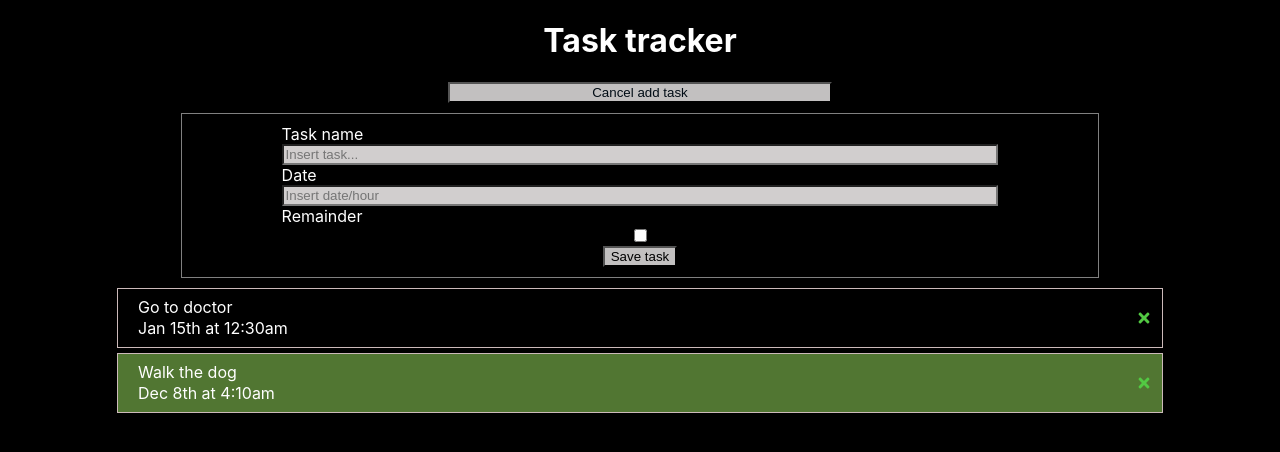
Repository: roscaImarius/task-tracker-react
Page: /, after clicking the first element matching `button.add-btn`
An editor plug-in stored every save of this project. The page is shown before and after the next save, followed by the edit.
The browser window is 1280 px wide. The pictures show the whole page.
The project was rebuilt for these pictures with package versions that can differ from the ones it lists, and the page was loaded fresh each time. Requests to the local data server were answered from the project's data file.

Above is the page before, as saved 2021-03-31 16:40:23.

After the next save:
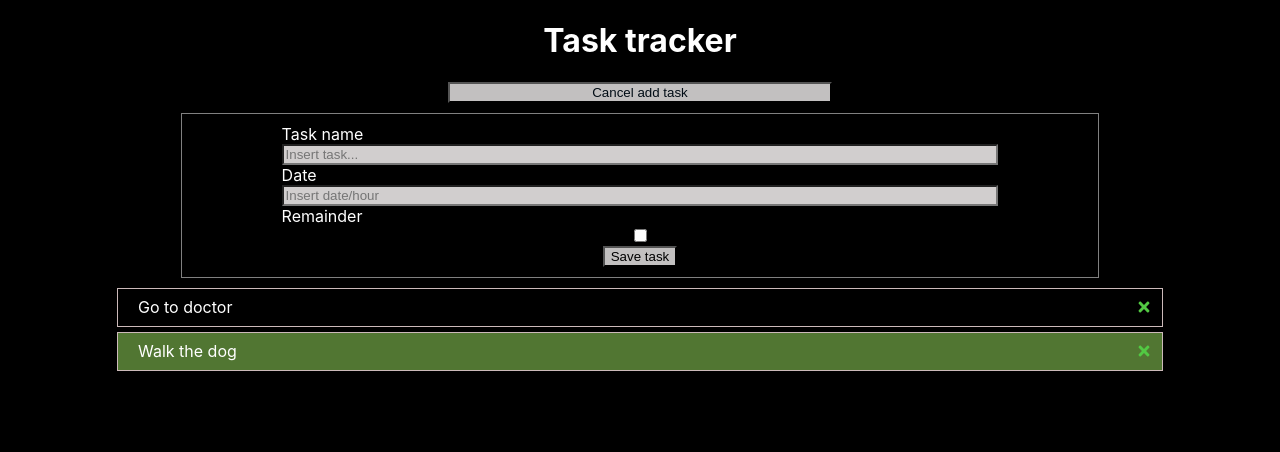
Saved 63 s later.
--- a/src/components/Task.js
+++ b/src/components/Task.js
@@ -9,7 +9,7 @@ const Task = ({ t, onDubleClick, onDelete }) => {
     >
       <div>
         <p>{t.text}</p>
-        <p>{t.day}</p>
+        <p>{t.date}</p>
       </div>
       <FaTimes className="x" onClick={() => onDelete(t.id)} />
     </div>
